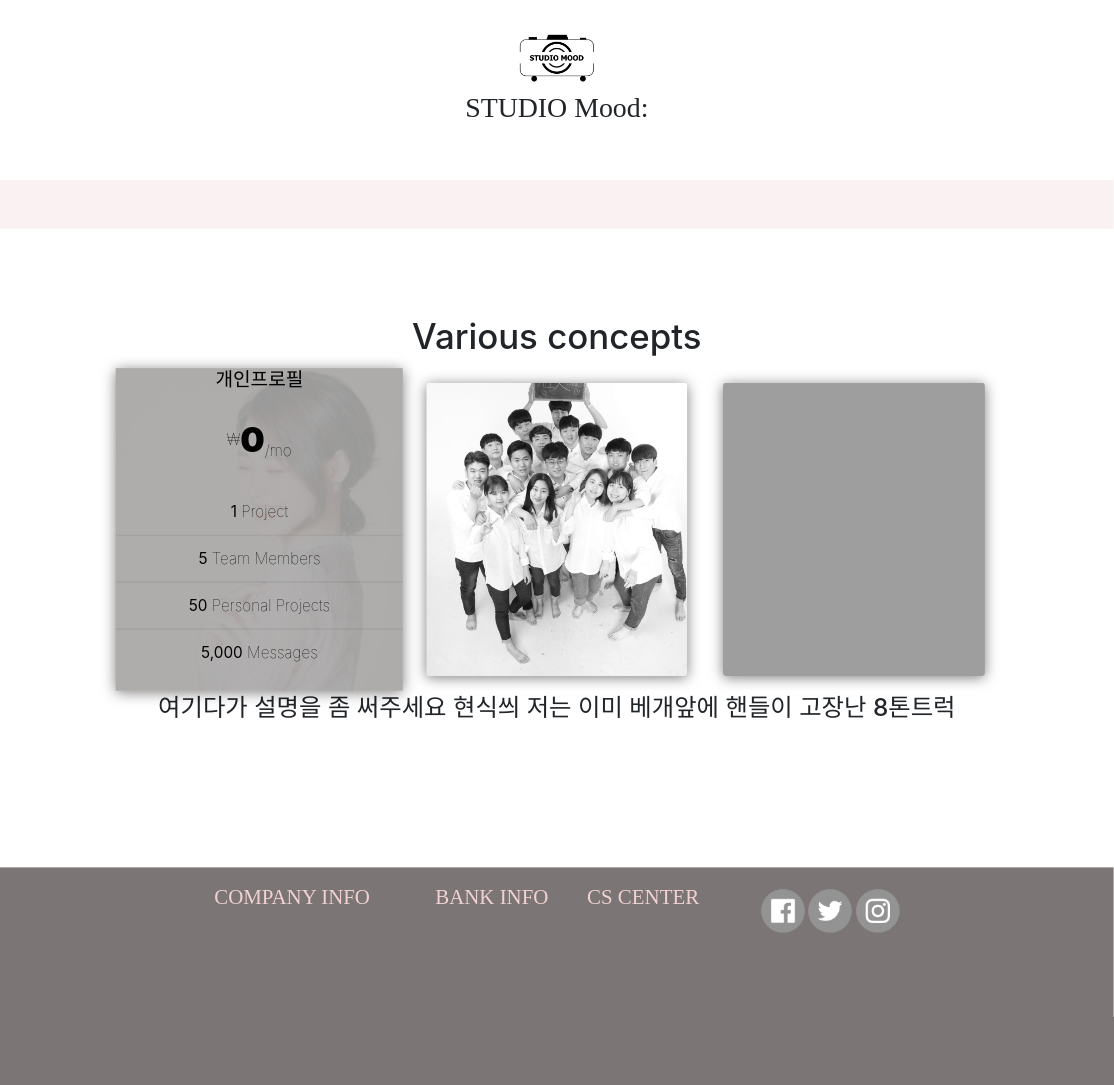
Repository: seugju/HSDsemi
Page: http://localhost/studioMood/views/product/product.jsp
An editor plug-in stored every save of this project. The page is shown before and after the next save, followed by the edit.
The browser window is 1280 px wide. The pictures show the whole page, at 87% of full size.
The pointer rests on the first visible `#indiv`.
Pictures or frames that could not be fetched are drawn as grey boxes. Some web fonts or font styles are not loaded; a fallback is used. The page is served by Tomcat 9. Other server files are loaded and not shown.

Above is the page before, as saved 2020-12-02 16:22:55.

### project-workspace/studioMood/WebContent/views/product/product.jsp
<%@ page language="java" contentType="text/html; charset=UTF-8"
    pageEncoding="UTF-8"%>
<!DOCTYPE html PUBLIC "-//W3C//DTD HTML 4.01 Transitional//EN" "http://www.w3.org/TR/html4/loose.dtd">
<html>
<head>
<meta http-equiv="Content-Type" content="text/html; charset=UTF-8">
<title>Insert title here</title>
</head>
<style>
	@import url('https://fonts.googleapis.com/css?family=Open+Sans');

* {
	box-sizing: border-box;
}

body {
	background-color: #f6f5f7;
	font-family: 'Open Sans', sans-serif;
	margin-bottom: 50px;
}

.text-center {
	text-align: center;
}

.pricing-box-container {
	display: flex;
	align-items: center;
	justify-content: center;
	flex-wrap: wrap;
}

.pricing-box {
	background-color: #ffffff;
	box-shadow: 0px 2px 15px 0px rgba(0,0,0,0.5);
	border-radius: 4px;
	flex: 1;
	padding: 0 30px 30px;
	margin: 2%;
	min-width: 250px;
	max-width: 350px;
}

.pricing-box h5 {
	text-transform: uppercase;
}

.price {
	margin: 24px 0;
	font-size: 36px;
	font-weight: 900;
}

.price sub, .price sup {
	font-size: 16px;
	font-weight: 100;
}

.features-list {
	padding: 0;
	list-style-type: none;
}

.features-list li {
	font-weight: 100;
	padding: 12px 0;
	font-weight: 100;
}

.features-list li:not(:last-of-type) {
	border-bottom: 1px solid rgba(0, 0, 0, 0.1);
}

.btn-primary {
	border-radius: 25px;
	border: none;
	background-color: #EC1362;
	color: #ffffff;
	cursor: pointer;
	padding: 10px 15px;
	margin-top: 20px;
	text-transform: uppercase;
	transition: all 0.1s ease-in-out;
}

.btn-primary:hover {
	box-shadow: 0px 2px 15px 0px rgba(0,0,0,0.5);
	transform: translateY(-3px);
}

.pricing-box-bg-image {
	background-image: url('');
	background-size: cover;
	background-position: center center;
	color: #ffffff;
}

.pricing-box-bg-image .features-list li {
	border-bottom-color: rgba(255, 255, 255, 1);
}

.pricing-box-bg-image .btn-primary {
	background-color: #ffffff;
	color: #000;
}


.explain-product{
	width:100%;
	height:100px;
	text-align:center;
}
.explain-product h2{

}
.explain-content{
	width:80vw;
	height:auto;
	padding-top:100px;
	padding-bottom:100px;
	margin-top:100px;
	margin-bottom:100px;
	margin:0 auto;

}
.features-list:hover{
	 -webkit-transform: scale(1.02);
          transform: scale(1.02);
}
.pricing-box:hover{
	 -webkit-transform: scale(1.1);
          transform: scale(1.1);
}
.pricing-box{
	-webkit-transition: all 0.4s ease-in-out;
  transition: all 0.4s ease-in-out;

}
.pricing-box h5,p,ul{
	opacity:0;
}


#indiv{
padding:0px;
background-image: url('/img/indivisual.jpg');
	background-size: cover;
   background-position: center center;
}
#group{
padding:0px;
background-image: url('/img/GROUP_PICTURE.jpg');
	background-size: cover;
   background-position: center center;
}
#body{
padding:0px;
background-image: url('/img/BODY_PROFILE.png');
	background-size: cover;
   background-position: center center;
}
.pricing-box:hover h5{
	opacity:1;
}
.pricing-box:hover p{
	opacity:1;
}
.pricing-box:hover ul{
	opacity:1;
}
.opacity-div{

	width:100%;
	height:337px;
	color: black;
}
#indiv:hover .opacity-div{
	background-color: rgba(169,169,169,0.9);
}
#group:hover .opacity-div{
	background-color: rgba(255,255,255,0.7);
}
#body:hover .opacity-div{
	background-color: rgba(255,255,255,0.7);
}
</style>
<body>
<%@ include file="/WEB-INF/views/common/header.jsp" %>

<div class="explain-content">
	<h1 class="text-center">
Various concepts
</h1>

<div class="pricing-box-container">
	<div id="indiv" class="pricing-box text-center">
	<div class="opacity-div">
		<h5>개인프로필</h5>
		<p class="price"><sup>₩</sup>0<sub>/mo</sub></p>
		<ul class="features-list">
			<li><strong>1</strong> Project</li>
			<li><strong>5</strong> Team Members</li>
			<li><strong>50</strong> Personal Projects</li>
			<li><strong>5,000</strong> Messages</li>
		</ul>
		</div>
	</div>

	<div id="group" class="pricing-box text-center">
	<div class="opacity-div">
		<h5>단체프로필</h5>
		<p class="price"><sup>₩</sup>10000</p>
		<ul class="features-list">
			<li><strong>1</strong> Project</li>
			<li><strong>5</strong> Team Members</li>
			<li><strong>50</strong> Personal Projects</li>
			<li><strong>5,000</strong> Messages</li>
		</ul>
		</div>
	</div>

	<div id="body" class="pricing-box text-center">
	<div class="opacity-div">
		<h5>바디프로필</h5>
		<p class="price"><sup>₩</sup>89<sub>/mo</sub></p>
		<ul class="features-list">
			<li><strong>25</strong> Project</li>
			<li><strong>50</strong> Team Members</li>
			<li><strong>500</strong> Personal Projects</li>
			<li><strong>50,000</strong> Messages</li>
		</ul>

	</div>
	</div>
	<div class="explain-product">
		<h3>여기다가 설명을 좀 써주세요 현식씌  저는 이미 베개앞에 핸들이 고장난 8톤트럭 </h3>
	</div>
</div>

</div>
<%@ include file="/WEB-INF/views/common/footer.jsp" %>
</body>

</html>

### project-workspace/studioMood/WebContent/WEB-INF/views/common/header.jsp
<%@page import="member.model.vo.Member"%>
<%@ page language="java" contentType="text/html; charset=UTF-8"
    pageEncoding="UTF-8"%>
    <%
    	Member m = (Member)session.getAttribute("loginMember");
    %>
<!DOCTYPE html PUBLIC "-//W3C//DTD HTML 4.01 Transitional//EN" "http://www.w3.org/TR/html4/loose.dtd">
<html>
<head>
<meta http-equiv="Content-Type" content="text/html; charset=UTF-8">
<title>Insert title here</title>

<script type="text/javascript" src="http://code.jquery.com/jquery-3.3.1.js"></script>
    <link rel="stylesheet" href="https://maxcdn.bootstrapcdn.com/bootstrap/4.5.2/css/bootstrap.min.css">
    <script src="https://ajax.googleapis.com/ajax/libs/jquery/3.5.1/jquery.min.js"></script>
    <script src="https://cdnjs.cloudflare.com/ajax/libs/popper.js/1.16.0/umd/popper.min.js"></script>
    <script src="https://maxcdn.bootstrapcdn.com/bootstrap/4.5.2/js/bootstrap.min.js"></script>

     <style>
    	 @font-face {
            font-family: 'S-CoreDream-4Regular';
            src: url('https://cdn.jsdelivr.net/gh/projectnoonnu/noonfonts_six@1.2/S-CoreDream-4Regular.woff') format('woff');
            font-weight: normal;
            font-style: normal;
        }

		@font-face {
		    font-family: 'Cafe24Danjunghae';
		    src: url('https://cdn.jsdelivr.net/gh/projectnoonnu/noonfonts_twelve@1.1/Cafe24Danjunghae.woff') format('woff');
		    font-weight: normal;
		    font-style: normal;
		}

		@font-face {
		    font-family: 'KCC-eunyoung';
		    src: url('https://cdn.jsdelivr.net/gh/projectnoonnu/noonfonts_one@1.0/KCC-eunyoung-Regular.woff') format('woff');
		    font-weight: normal;
		    font-style: normal;
		}
        header{
            width: 100vw;
            z-index: 0;
        }

        .navbar {
            display: block;
            background-color: #faf2f2;
            margin: 0 auto;
            z-index : 2;
        }

        .logo {
            margin: 0 auto;
            width: 500px;
            text-align: center;
        }
        .logo >h2{
         	font-family: 'Cafe24Danjunghae';
         }

        .logo>p{
        	 font-family: 'KCC-eunyoung';
        	 font-size: 20pt;
        }

        .navi-menu,
        .navi-menu-top {
            /* menu ul */
            list-style: none;
            text-align: center;

        }

        .navi-menu-top {
            float: right;
        }

        .navi-menu {
            margin: 0 auto;
            width: 680px;
            height: 40px;
        }

        .navi-menu>li {
            width: 125px;
            margin: 0 auto;
        }

        .navi-menu li>a {
            width: 100%;
            height: 30px;
            box-sizing: border-box;
            text-align: center;
            display: block;
            float: left;
        }
        .nav-link {
            color: #373a40;
            font-weight: bold;

        }
        .nav-link:hover{
        	color:#f1d1d1  ;
        }


        .navi-menu-top {
            display: inline-block;
        }

        .nav-top {
     	   	font-family: 'S-CoreDream-4Regular';
            width: 1200px;
            float: right;
            padding-right: 30px;
        }

        .navi-menu-top li {
            width: 80px;
            height: 30px;
            float: left;
        }

        .navi-menu-top li>a {
            width: 100%;
            height: 100%;
            display: inline-block;
            font-size: 9pt;
            line-height: 30px;
            color: #373a40;
        }
        .subMenu {
            margin-top: 10px;
            padding: 0;
            list-style-type: none;
            display :none;
             z-index : 1;
        }

		.subMenu>li {
            background-color: rgba(250,242,242,0.8);
        }

        .subMenu li>a {
            margin: 0;
            padding: 0;
            font-size: 10pt;
            display: inline-block;
            width: 125px;
            float: none;
            color: #373a40;

            /*transition-duration: 1s;*/
        }

        .subMenu>li:first-child>a {
            margin-top: 20px;
       	 }

           a{
		      text-decoration: none;
		      color:black;
		   }
		   a:hover{
		      text-decoration: none;
		      color:#e6d1d8;
		   }

        .subMenu{
            margin: 0;
            padding: 0;
            list-style-type: none;
            transition-duration: 2s;
        }
        .subMenu li>a{
            margin: 0;
            padding: 0;
            display: inline-block;
            width: 125px;
            float: none;
        }
        .subMenu>li:first-child>a {
            margin-top: 30px;
        }
        .subMenu li>a:hover {
       		color:#968c83;
           font-weight: bold;
        }

    </style>

        <script>
         $(document).ready(function() {
            var subMenu = $(".subMenu");
            subMenu.hide();
            var navMenu = $(".navi-menu>li>a");
            var idx = navMenu.index();

             $(".navi-menu>li>a").click(function() {
                $(this).next().stop().slideToggle(300);
            });


        });


    </script>
</head>
<body>

     <div class="nav-top">
     <%if(m != null) { //로그인 된 상태%>
     	<ul class="navbar-nav navi-menu-top" id="login-nav">
            <li>
                <a class="nav-top-link" href="/logout">로그아웃</a>
            </li>
            <li>
            <%if(m.getMemberLevel() == 0) {%>
                <a class="nav-top-link" href="/adminPage">관리자페이지</a>
            <%}else{ %>
                <a class="nav-top-link" href="/myPage?memberId=<%=m.getMemberId()%>">마이페이지</a>
            <%} %>
            </li>
        </ul>
     <%}else { %>
     	<ul class="navbar-nav navi-menu-top" id="logout-nav">
            <li>
                <a class="nav-top-link" href="/views/member/login.jsp">로그인</a>
            </li>
            <li>
                <a class="nav-top-link" href="/views/member/join.jsp">회원가입</a>
            </li>
        </ul>
     <%} %>
    </div>

    <div class="container-fluid">
        <br>
        <div class="logo">
            <img src="/img/logo.png" width="100px;" onclick="location.href = '/'">
            <h2>STUDIO Mood:</h2>
            <p>감성을 담는 사진관 </p>
        </div>
    </div>

   <nav class="navbar navbar-expand-sm sticky-top">
        <ul class="navbar-nav navi-menu">
            <li class="nav-item">
                <a class="nav-link" href="#">about</a>

                <ul class="subMenu">
                    <li><a class="nav-link sub-nav-item" href="/about">studio 'mood'</a></li>

                </ul>
            </li>
            <li class="nav-item">
                <a class="nav-link" href="/views/product/product.jsp">product</a>
            </li>
            <li class="nav-item">
                <a class="nav-link" href="#">gallery</a>
                <ul class="subMenu">
                    <li><a class="nav-link sub-nav-item" href="#">개인프로필</a></li>
                    <li><a class="nav-link sub-nav-item" href="#">바디프로필</a></li>
                    <li><a class="nav-link sub-nav-item" href="#">단체프로필</a></li>
                </ul>
            </li>
            <li class="nav-item">
                <a class="nav-link" href="#">reservation</a>
                <ul class="subMenu">
                    <li><a class="nav-link sub-nav-item" href="/test">예약</a></li>
                    <li><a class="nav-link sub-nav-item" href="/searchReserve">예약확인</a></li>
                </ul>
            </li>
            <li class="nav-item">
                <a class="nav-link" href="#">board</a>
                <ul class="subMenu">
                    <li><a class="nav-link sub-nav-item" href="/noticeList?reqPage=1">공지사항</a></li>
                    <li><a class="nav-link sub-nav-item" href="/qnaList?reqPage=1">QnA</a></li>
                    <li><a class="nav-link sub-nav-item" href="/postList?reqPage=1">후기</a></li>
                    <li><a class="nav-link sub-nav-item" href="/faqList?reqPage=1">FAQ</a></li>
                </ul>
            </li>
        </ul>
    </nav>


</body>
</html>

### project-workspace/studioMood/WebContent/WEB-INF/views/common/footer.jsp
<%@ page language="java" contentType="text/html; charset=UTF-8"
    pageEncoding="UTF-8"%>
<!DOCTYPE html PUBLIC "-//W3C//DTD HTML 4.01 Transitional//EN" "http://www.w3.org/TR/html4/loose.dtd">
<html>
<head>
<meta http-equiv="Content-Type" content="text/html; charset=UTF-8">
<title>Insert title here</title>

<style>
		 @font-face {
            font-family: 'S-CoreDream-4Regular';
            src: url('https://cdn.jsdelivr.net/gh/projectnoonnu/noonfonts_six@1.2/S-CoreDream-4Regular.woff') format('woff');
            font-weight: normal;
            font-style: normal;
        }

        @font-face {
            font-family: 'S-CoreDream-5Medium';
            src: url('https://cdn.jsdelivr.net/gh/projectnoonnu/noonfonts_six@1.2/S-CoreDream-5Medium.woff') format('woff');
            font-weight: normal;
            font-style: normal;
        }
        .footer{
            background-color: rgb(124, 117, 117);
            text-align: center;

            height: 250px;
            margin: 0;
            padding: 0;
            z-index: 0;
        }
        .footerBox{
            margin: 20px;
            text-align: left;
            display: inline-block
        }
        .footerBox >h2{
       		font-family: 'S-CoreDream-5Medium';
            color: rgb(241, 209, 209);
            font-size: 18pt;
        }
        .footerBox>p{
        	font-family: 'S-CoreDream-4Regular';
        	font-size: 9pt;
            color: rgb(241, 238, 238);
        }
        .footer-top,
        .footer-bottom{
        	margin : 0 auto;
            width: 1198px;
        }
        .footer-bottom>p{
          color: rgba(241, 238, 238, 0.8);
          font-size: 10pt;
        }
        .icon{

        }
        .icon>img{

            width: 50px;
        }
    </style>
</head>
<body>
 <footer>
       <div class="footer">
           <div class="footer-top">
                <div class="footerBox company-info" width:310px;>
                <h2>COMPANY INFO</h2>
                <p>
                    Company : 스튜디오무드 <br>
                    Business-License : 888-999-33333<br>
                    Tel: 02-3333-5555<br>
                    Email : mood_studio@gmail.com<br>
                    Addr : 서울특별시 강남구 사진관로 34번길<br>
                </p>
            </div>
            <div class="footerBox bank-info" width:180px;>
                <h2>BANK INFO</h2>
                <p>
                    농협 : 333-8888-5555-44 <br>
                    국민 : 888999-01-33333<br><br>
                    예금주: 스튜디오 분위기<br><br>

                </p>
            </div>
            <div class="footerBox cs" width:230px;>
                <h2>CS CENTER</h2>
                <p>
                    tel : 010-2222-5555 <br>
                    mail : mood_studio@gmail.com<br><br><br><br>
                </p>
            </div>
           <div class="footerBox icon" width:130px;>
               <img src="/img/Facebook_1.png">
               <img src="/img/Twitter_1.png">
               <img src="/img/Instagram_1.png">
               <p><br><br><br><br></p>
           </div>
           </div>

            <div class="footer-bottom">
                <p>Copyright &copy; 2020 by Studiomood All Right Reserved</p>
            </div>

       </div>

   </footer>

</body>
</html>

After the next save:
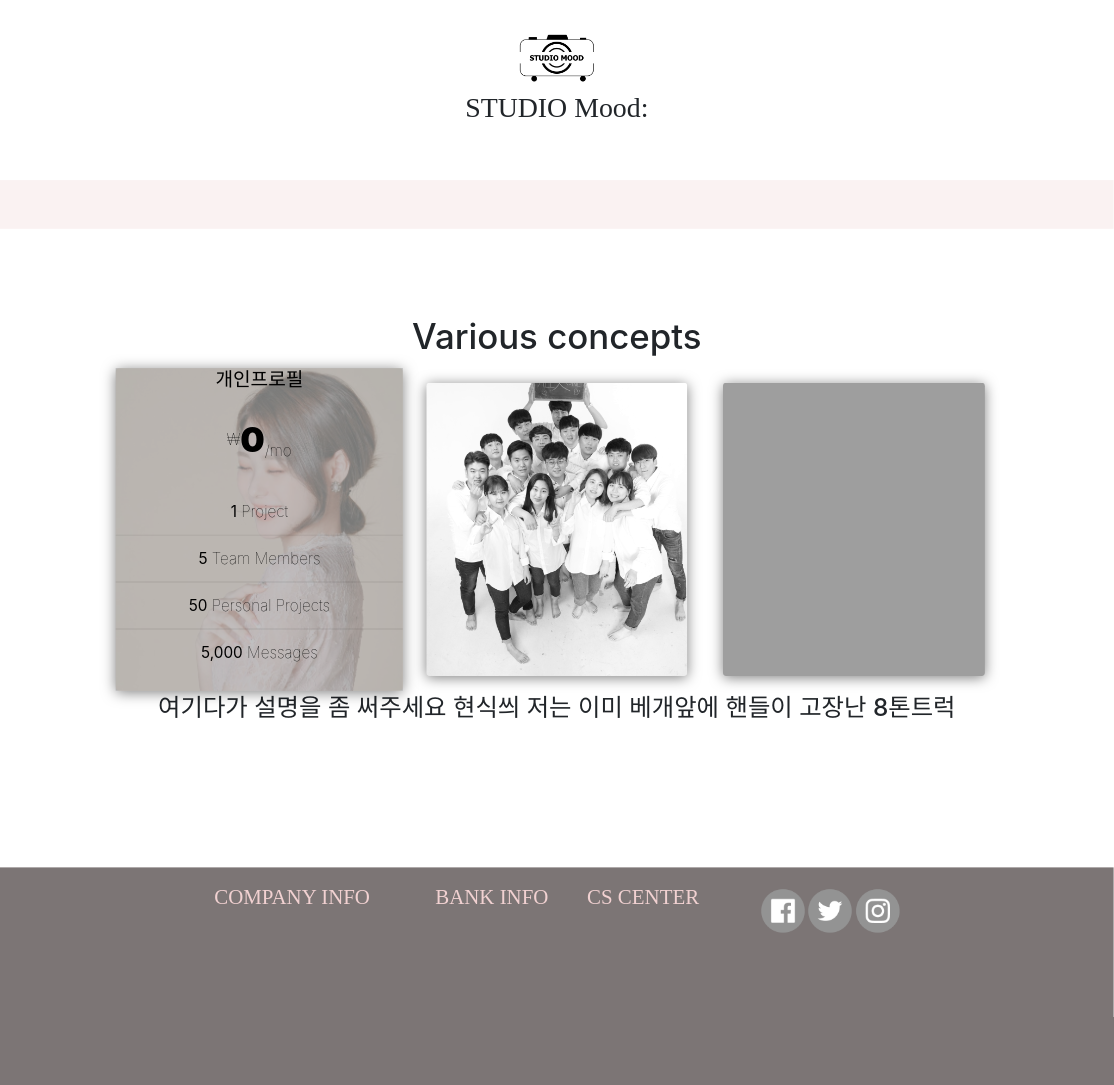
Saved 11 s later.
--- a/project-workspace/studioMood/WebContent/views/product/product.jsp
+++ b/project-workspace/studioMood/WebContent/views/product/product.jsp
@@ -175,7 +175,7 @@ background-image: url('/img/BODY_PROFILE.png');
 	color: black;
 }
 #indiv:hover .opacity-div{
-	background-color: rgba(169,169,169,0.9);
+	background-color: rgba(169,169,169,0.7);
 }
 #group:hover .opacity-div{
 	background-color: rgba(255,255,255,0.7);
